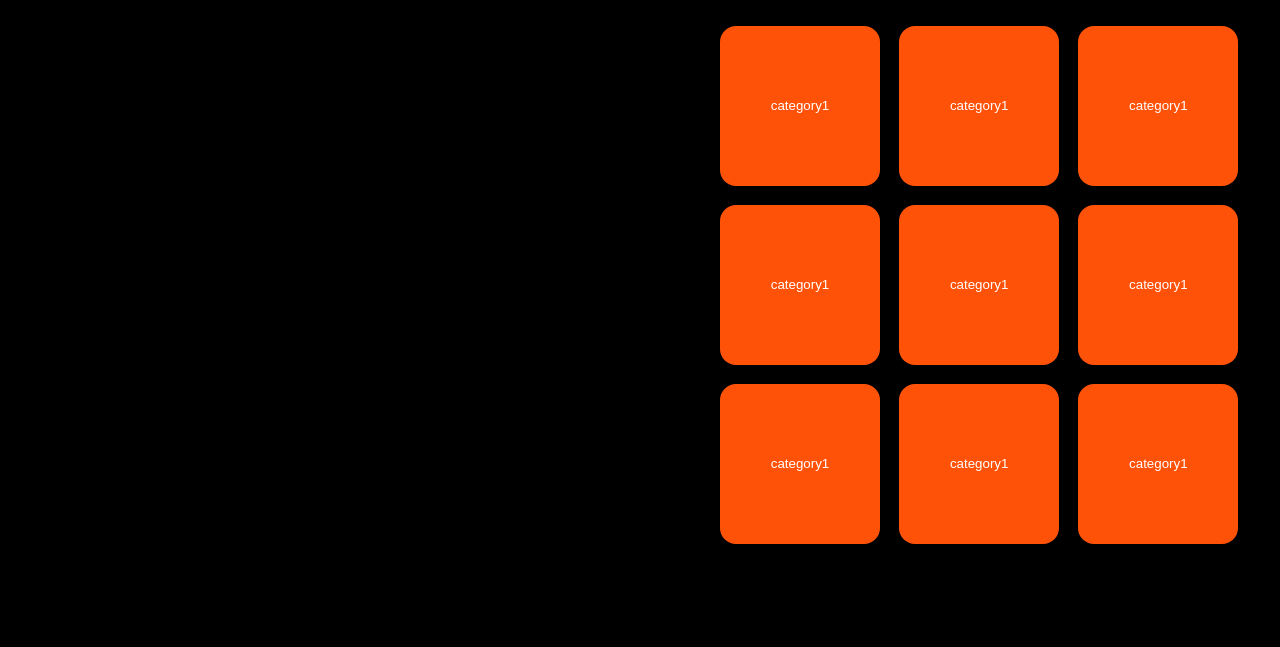
Repository: drumsmanku/react-capstone-project-2
Page: /categories
These files come from the project's save history. The page is drawn as it stood at one moment and after the next save; the edit follows.
The browser window is 1280 px wide. The pictures show the whole page.
Some web fonts or font styles are not loaded; a fallback is used. The project was rebuilt for these pictures with package versions that can differ from the ones it lists, and the page was loaded fresh each time. Also part of the build but not shown: src/components/RegistrationPage.js, src/components/SubmitSuccess.js.

Above is the page before, as saved 2023-05-24 08:54:49.

After the next save:
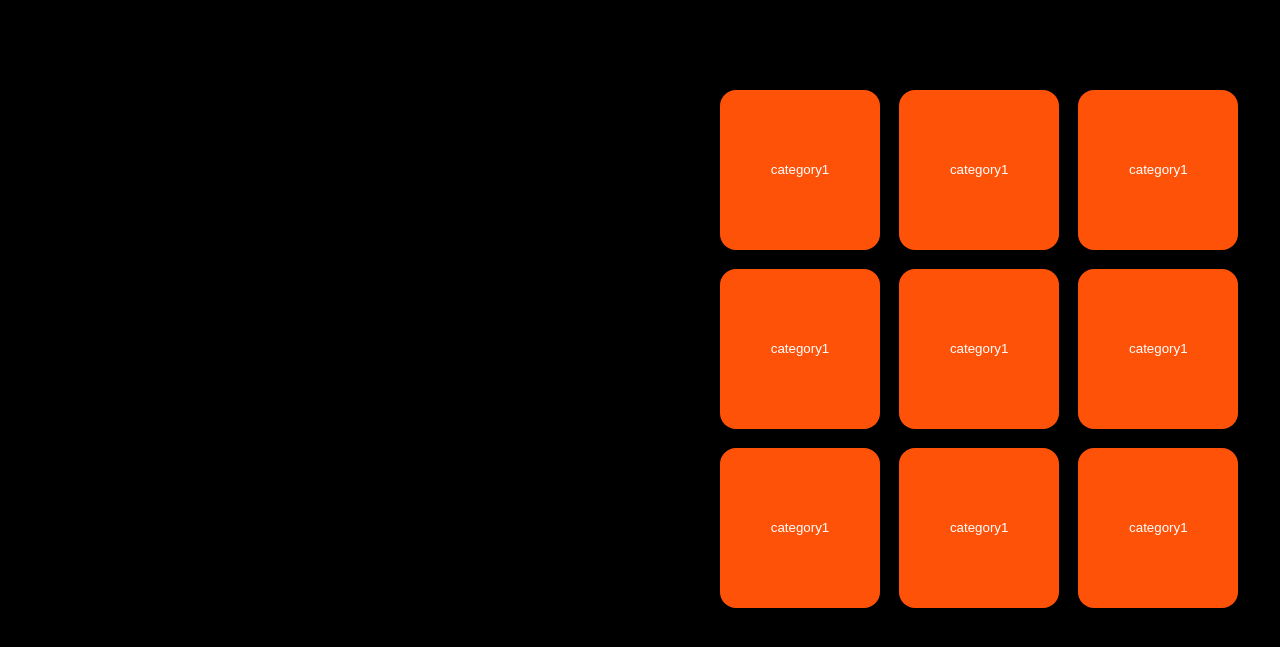
Saved 16 s later.
--- a/src/components/CategoriesPage.css
+++ b/src/components/CategoriesPage.css
@@ -22,5 +22,5 @@
   width: 70%;
   margin-right: 2rem;
   position: absolute;
-  top: 1rem;
+  top: 5rem;
 }
